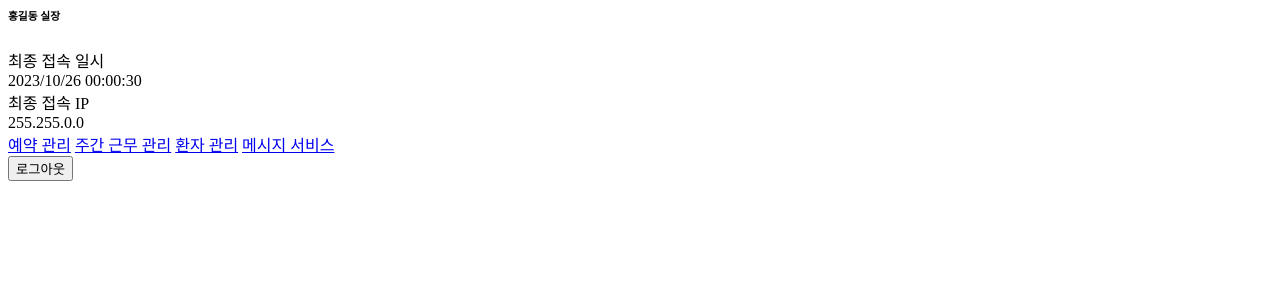
Repository: j-pyohub/LIBRARY_PROJECT
Page: CRM_Project/WebContent/doctorSidebar.html
These files come from the project's save history. The page is drawn as it stood at one moment and after the next save; the edit follows.
The browser window is 1280 px wide. The pictures show the whole page.

Above is the page before, as saved 2025-10-11 07:27:11.

After the next save:
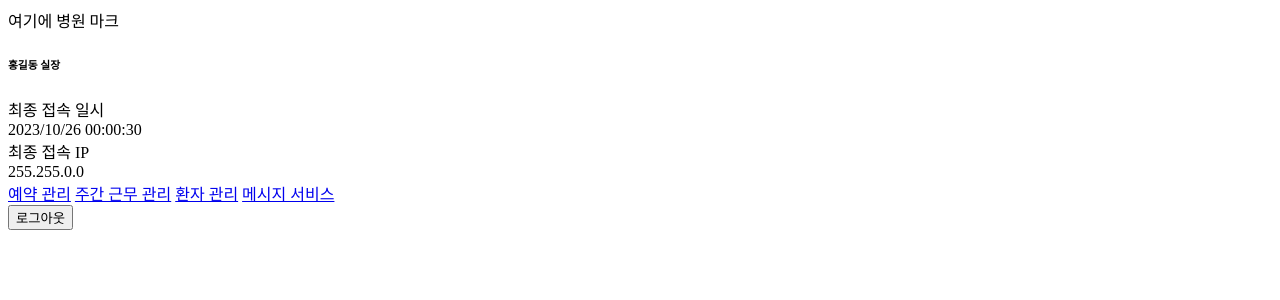
Saved 32 s later.
--- a/CRM_Project/WebContent/doctorSidebar.html
+++ b/CRM_Project/WebContent/doctorSidebar.html
@@ -6,6 +6,7 @@
   </div>-->
 
   <div class="card mb-4">
+  	<div>여기에 병원 마크</div>
     <div class="card-body text-center">
       <h6 class="fw-bold mb-1">홍길동 <span class="text-muted">실장</span></h6>
       <div class="small text-muted">최종 접속 일시</div>
